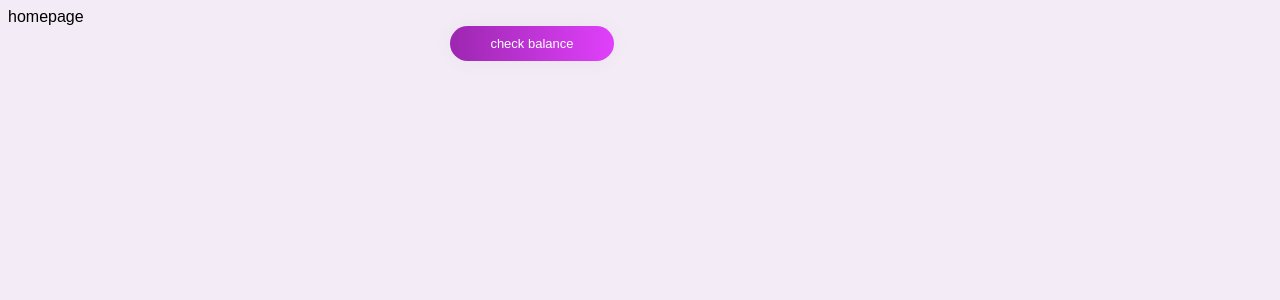
Repository: anujs099/bankingapp
Page: banking-application-final/WebContent/homepage.html
These files come from the project's save history. The page is drawn as it stood at one moment and after the next save; the edit follows.
The browser window is 1280 px wide. The pictures show the whole page.
Some web fonts or font styles are not loaded; a fallback is used.

Above is the page before, as saved 2021-03-06 19:46:38.

After the next save:
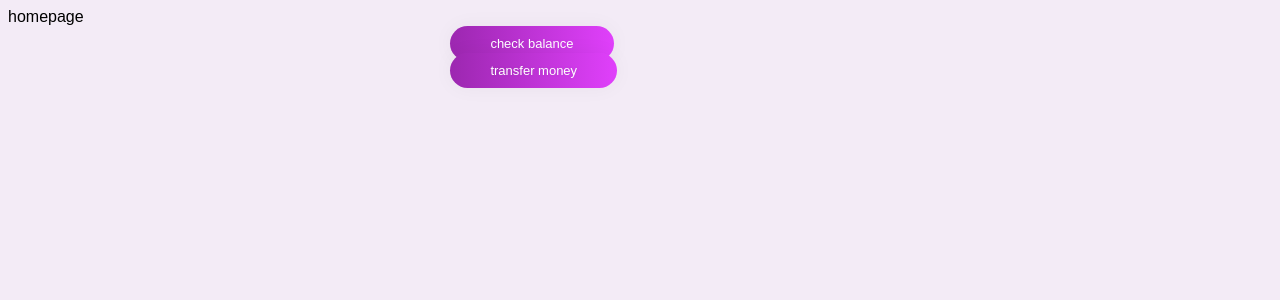
Saved 2 min 37 s later.
--- a/banking-application-final/WebContent/homepage.html
+++ b/banking-application-final/WebContent/homepage.html
@@ -12,6 +12,8 @@
 <body>
 homepage
 <form action="checkbalance" method="post">
-<input type="submit" value="check balance" class="submit"></form>
+<input type="submit" value="check balance" class="submit">
+</form>
+<a href="transfer.html" class="submit">transfer money</a>
 </body>
 </html>
